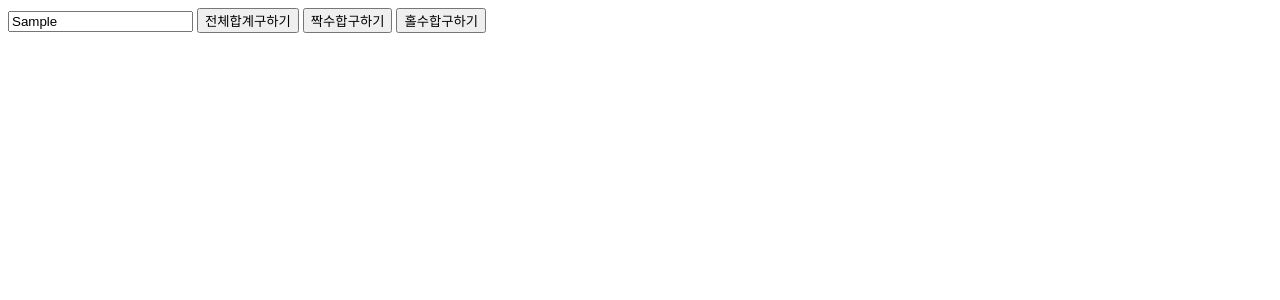
Repository: dongcmd/dong_jsp
Page: ajaxStudy/src/main/webapp/test0421/test2.html
These files come from the project's save history. The page is drawn as it stood at one moment and after the next save; the edit follows.
The browser window is 1280 px wide. The pictures show the whole page.
Empty fields were first filled with sample values (such as "Sample", 5 or name@example.com).
After loading, the first visible `button` was clicked once.

Above is the page before, as saved 2025-04-21 08:49:39.
Console error: TypeError: Cannot set properties of undefined (setting 'innerHTML')

### ajaxStudy/src/main/webapp/test0421/test2.html
<!DOCTYPE html>
<html>
<head>
<meta charset="UTF-8">
<title>fetch Test</title>
</head>
<body>
<input type="text" id="num">
<button onclick="fetchtest(0)">전체합계구하기</button>
<button onclick="fetchtest(1)">짝수합구하기</button>
<button onclick="fetchtest(2)">홀수합구하기</button>
<div id="result"></div>
<script>
	function fetchtest(i) {
		const r = fetch("test2.jsp?num=" + document.querySelector("#num").value + "&test=" + i)
		.then( r => document.result.innerHTML = r.text())
	}
</script>
</body></html>
<!-- /webapp/test0421/test2.html
   test2.html : fetch을 통해 현재 페이지에 전송받아 결과를
   	 result 영역에 출력하기
   test2.jsp 에서 num에서 입력 받은 숫자까지의 합계를 구하기
-->

After the next save:
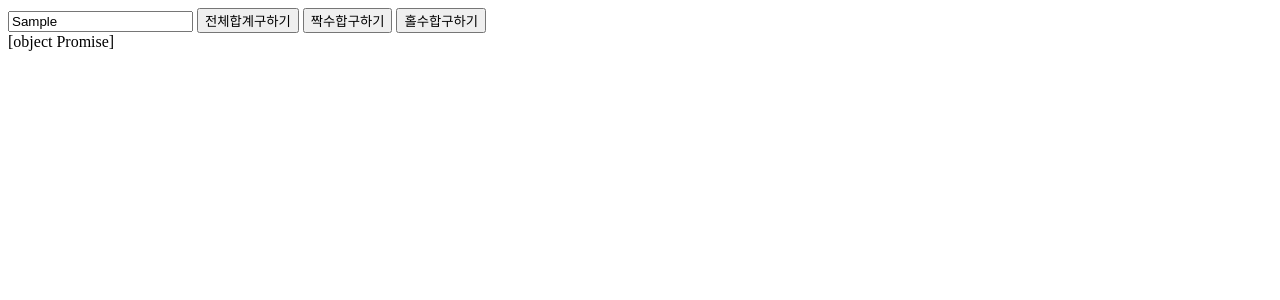
The error is gone.
Saved 11 s later.
--- a/ajaxStudy/src/main/webapp/test0421/test2.html
+++ b/ajaxStudy/src/main/webapp/test0421/test2.html
@@ -13,7 +13,7 @@
 <script>
 	function fetchtest(i) {
 		const r = fetch("test2.jsp?num=" + document.querySelector("#num").value + "&test=" + i)
-		.then( r => document.result.innerHTML = r.text())
+		.then( r => document.getElementById("result").innerHTML = r.text())
 	}
 </script>
 </body></html>
